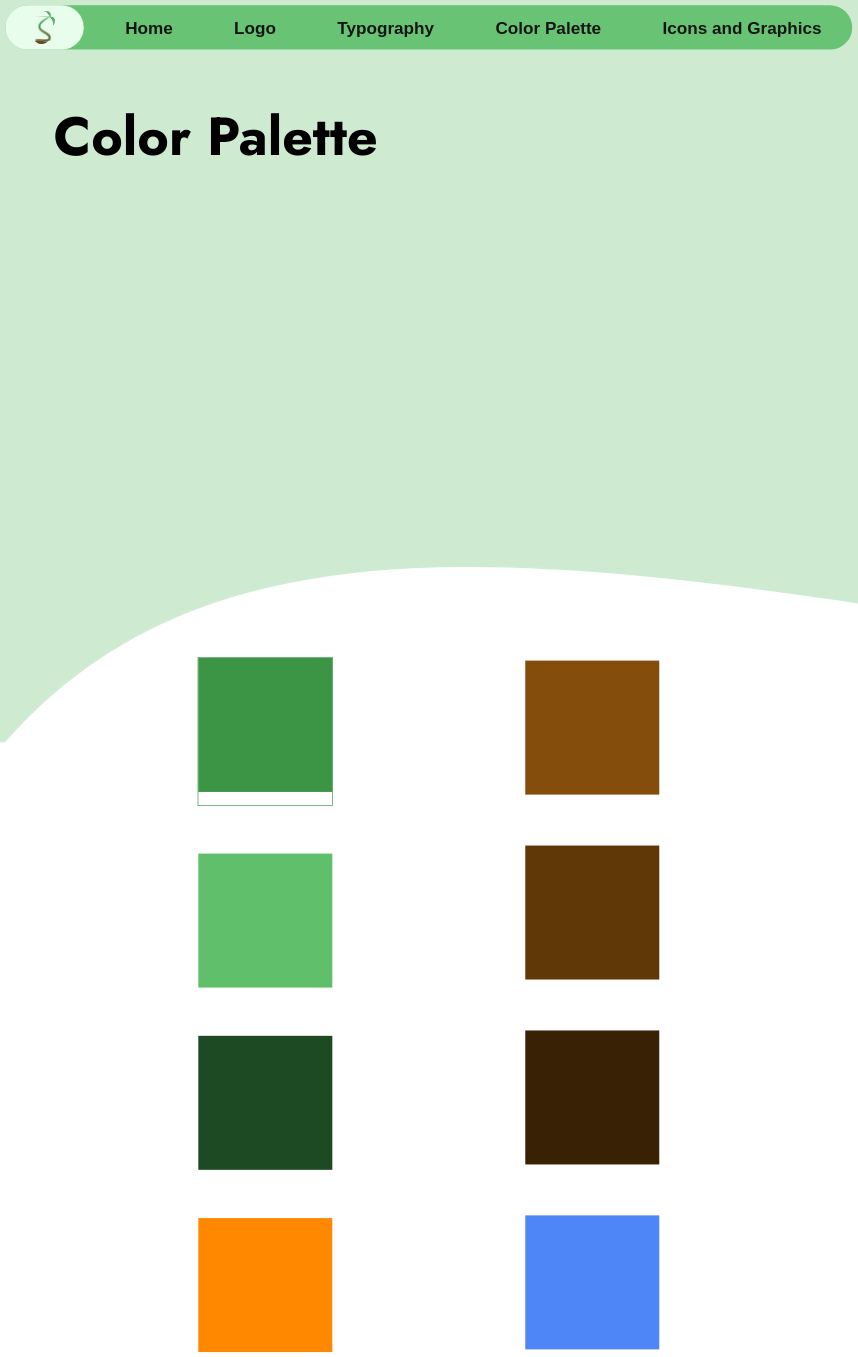
Repository: jjennbui/seedsprout_styleguide
Page: pages/colorPalette.html
These files come from the project's save history. The page is drawn as it stood at one moment and after the next save; the edit follows.
The browser window is 1280 px wide. The pictures show the whole page, at 67% of full size.
Some web fonts or font styles are not loaded; a fallback is used.

Above is the page before, as saved 2023-03-11 01:07:05.

### pages/colorPalette.html
<!DOCTYPE html>
<html lang="en">

<head>
    <meta charset="UTF-8">
    <meta http-equiv="X-UA-Compatible" content="IE=edge">
    <meta name="viewport" content="width=device-width, initial-scale=1.0">
    <link rel="stylesheet" href="../styles/home.css">
    <title>Document</title>
</head>
<body>

    <header>
        <div class="navBar_container">
            <div class="navBar_logo_container">
                <img src="../public/logo/Logo.svg" width="30" />
            </div>
            <div class="navBar_links_container">
                <a class="navBar_links" href="./index.html">
                    <h1>Home</h1>
                </a>
                <a class="navBar_links" href="./logo.html">
                    <h1>Logo</h1>
                </a>
                <a class="navBar_links" href="./typography.html">
                    <h1>Typography</h1>
                </a>
                <a class="navBar_links" href="./colorPalette.html">
                    <h1>Color Palette</h1>
                </a>
                <a class="navBar_links" href="./iconsAndGraphics.html">
                    <h1>Icons and Graphics</h1>
                </a>
            </div>
        </div>
    </header>

    <div>
        <h1 class="color_text_h1">Color Palette</h1>
    </div>

    <div class="colors-container">
        <div class="left-color-container">
            <div class=" forest-box-size"><div class="color-forestgreen"></div></div>
            <div class="color-mantisgreen"></div>
            <div class="color-calpolygreen"></div>
            <div class="color-darkorange"></div>
        </div>
        <div class="right-color-container">
            <div class="color-chocolate-brown"></div>
            <div class="color-sepia-brown"></div>
            <div class="color-bistre-brown"></div>
            <div class="color-azure-blue"></div>
        </div>

    </div>
</body>
</html>

### styles/home.css
@import url('https://fonts.googleapis.com/css2?family=Jost:ital,wght@0,100;0,200;0,300;0,400;0,500;0,600;0,700;0,800;0,900;1,100;1,200;1,300;1,400;1,500;1,600;1,700;1,800;1,900&display=swap');
@import url('https://fonts.googleapis.com/css2?family=Philosopher:ital,wght@0,400;0,700;1,400;1,700&display=swap');

body {
    background-image: url(../public/background-img/background.svg);
    background-size: cover;
    background-repeat: no-repeat;
    font-family: 'Jost', sans-serif;
    font-size: 16px;
}

/**Colors*/
:root {
    --lightGreen: #EBFFEE;
    --mantisGreen: #5FBF6A;
    --sproutGreen: #3B9545;
    --polyGreen: #1D4923;
    --chocolateBrown: #844D0B;
    --seedBrown: #603808;
    --darkBrown: #392105;
    --vegeOrange: #FF8800;
    --fruitBlue: #4F86F7;
}

/**contains everything in the body*/
.main {
    padding: 3rem;
}

/**First div that holds the entire navBar*/
.navBar_container {
    width: 100%;
    background: var(--mantisGreen);
    opacity: 0.9;
    gap: 1rem;
    margin: 0;
    border-radius: 3rem;
    display: flex;
}

/**container than holds the logo in the navBar*/
.navBar_logo_container {
    display: flex;
    justify-content: center;
    align-items: center;
    background-color: var(--lightGreen);
    border-radius: 3rem;
    padding: 0.5rem;
    width: 8%;
}

/**Container that holds all the links in the navBar*/
.navBar_links_container {
    display: flex;
    align-items: center;
    justify-content: space-around;
    flex-grow: 1;
    flex-wrap: wrap;
}

/**links in the navBar*/
.navBar_links {
    font-family: 'philosopher', sans-serif;
    text-decoration: none;
    color: black;
    font-size: 0.8rem;
}

/**Body Content*/
/**container that holds body content*/
.body_container {
    display: flex;
    justify-content: center;
    align-items: flex-end;
    flex-wrap: wrap;
}

.text_container{
    display: flex;
}
/**contains text*/
.text_content {
    display: flex;
    flex-direction: column;
    justify-content: center;
    align-items: flex-start;
    width: 50vw;
    height: 70vh;
}

/**home text content*/
.home_content_headerOne {
    font-size: 5rem;
    margin: 0;
    line-height: 5.5rem;
}

.home_content_headerFour {
    font-size: 2rem;
    margin-top: 2rem;
    margin-bottom: 0.2rem;
    font-weight: 400;
    color: var(--polyGreen);
    line-height: 2.5rem;
}

.home_content_p {
    font-size: 1rem;
    margin: 0;
}

.body_content_logo_container{
    display: flex;
    flex-direction: column;
    justify-content: flex-start;
}
/**home page logo in body content*/
.body_content_logo {
    width: 22rem;
}

.logo_shadow{
    background-color: black;
    height: 1rem;
    border-radius: 100%;
    opacity: 0.2;
}

/** color-palette style*/

.color-forestgreen{
    height: 200px;
    width: 200px;
    background-color: #3B9545;

}
.color-mantisgreen{
    height: 200px;
    width: 200px;
    background-color:#5FBF6A;
}
.color-calpolygreen{
    height: 200px;
    width: 200px;
    background-color:#1D4923;
}
.color-darkorange{
    height: 200px;
    width: 200px;
    background-color:#FF8800;
}
.color-chocolate-brown{
    height: 200px;
    width: 200px;
    background-color:#844D0B;
}
.color-sepia-brown{
    height: 200px;
    width: 200px;
    background-color:#603808;
}
.color-bistre-brown{
    height: 200px;
    width: 200px;
    background-color:#392105;
}
.color-azure-blue{
    height: 200px;
    width: 200px;
    background-color:#4F86F7;
}
.colors-container{
    display: flex;
    flex-direction: row;
    justify-content: space-evenly;
    margin-top: 100vh;
}
.left-color-container{
    display: flex;
    flex-direction: column;
    justify-content: space-evenly;
    gap: 10vh;
}
.right-color-container{
    display: flex;
    flex-direction: column;
    justify-content: space-evenly;
    gap: 10vh;
}

.color_text_h1 {
    margin-top: 10vh;
    font-size: 5rem;
    margin: 10vh;
}
.forest-box-size{
    height: 220px;
    width: 200px;

    outline: #3B9545 solid 1px;
}




/**Need to add breaking points for responsiveness*/

/* Mobile */
@media screen and (max-width: 600px) {

    .colors-container{
        display: flex;
        flex-direction: column;
        justify-content:center;
        margin-top: 150vh;
        gap: 10vh;
        margin-left: 20vw;
    }


  }

After the next save:
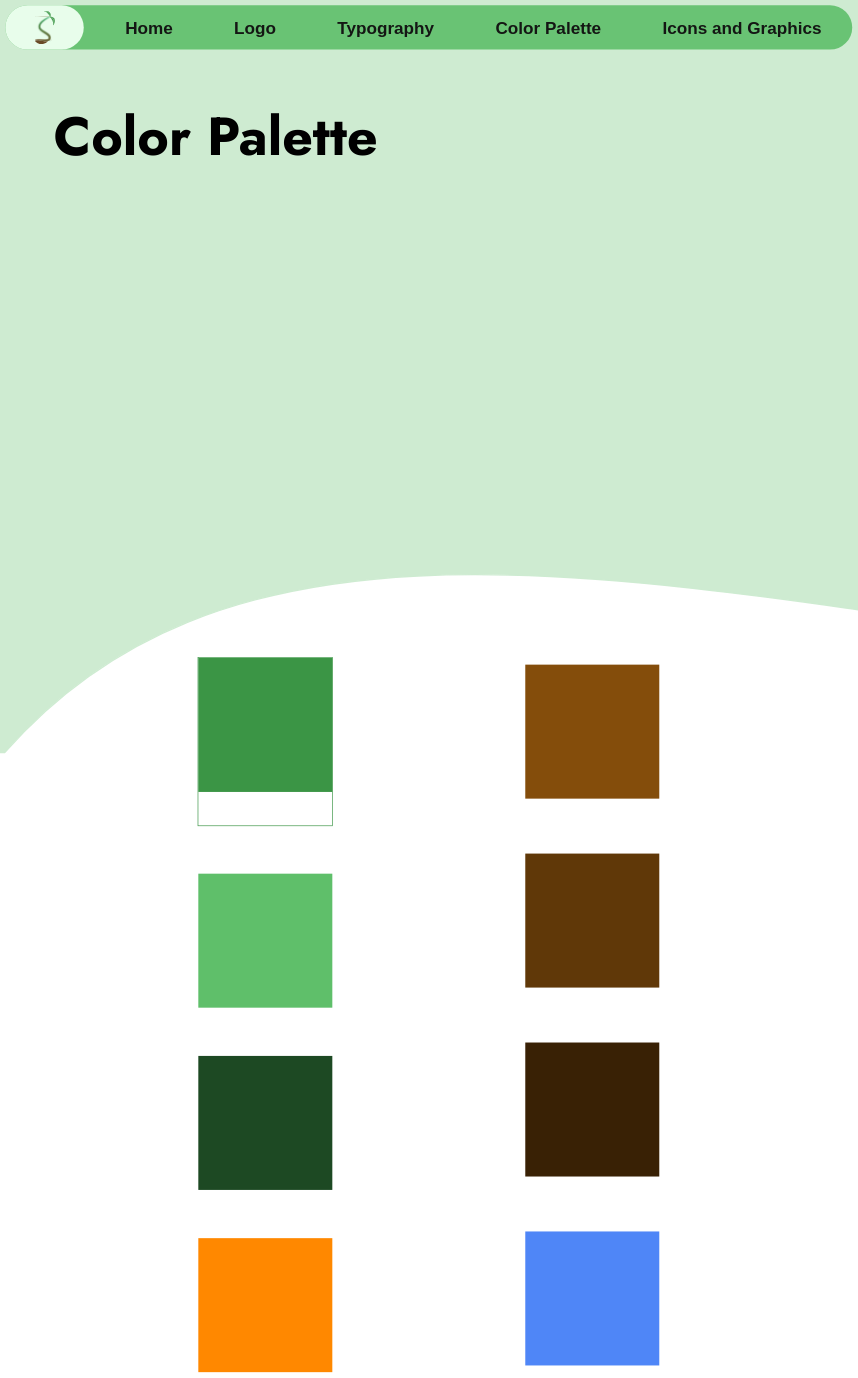
Saved 34 s later.
--- a/styles/home.css
+++ b/styles/home.css
@@ -194,7 +194,7 @@ body {
     margin: 10vh;
 }
 .forest-box-size{
-    height: 220px;
+    height: 250px;
     width: 200px;
 
     outline: #3B9545 solid 1px;
